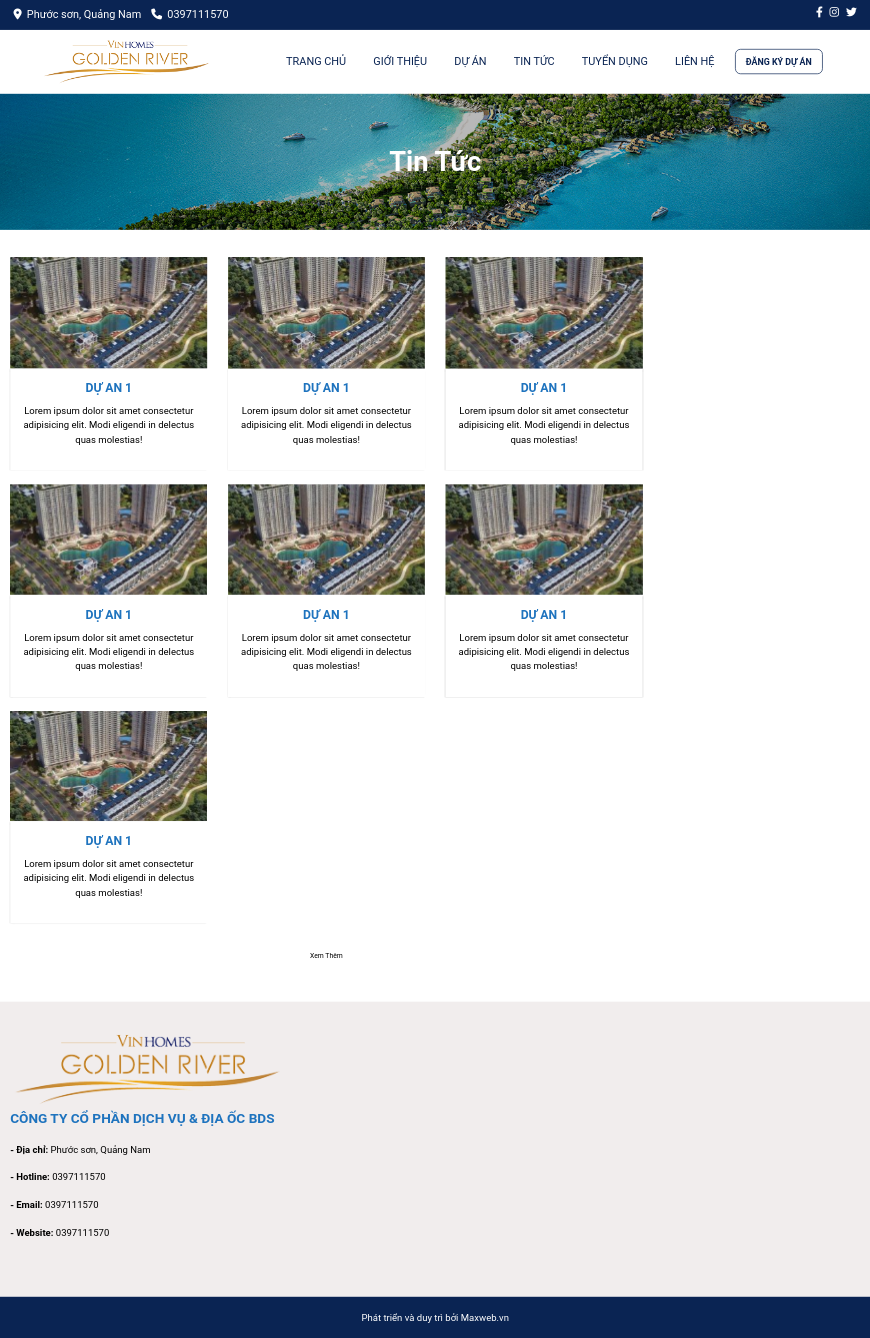
Repository: phamphuc2/fontend-bds
Page: category.html
An editor plug-in stored every save of this project. The page is shown before and after the next save, followed by the edit.
The browser window is 1280 px wide. The pictures show the whole page, at 68% of full size.
Pictures or frames that could not be fetched are drawn as grey boxes. Some web libraries are served in a nearby version.

Above is the page before, as saved 2022-06-23 16:28:58.

After the next save:
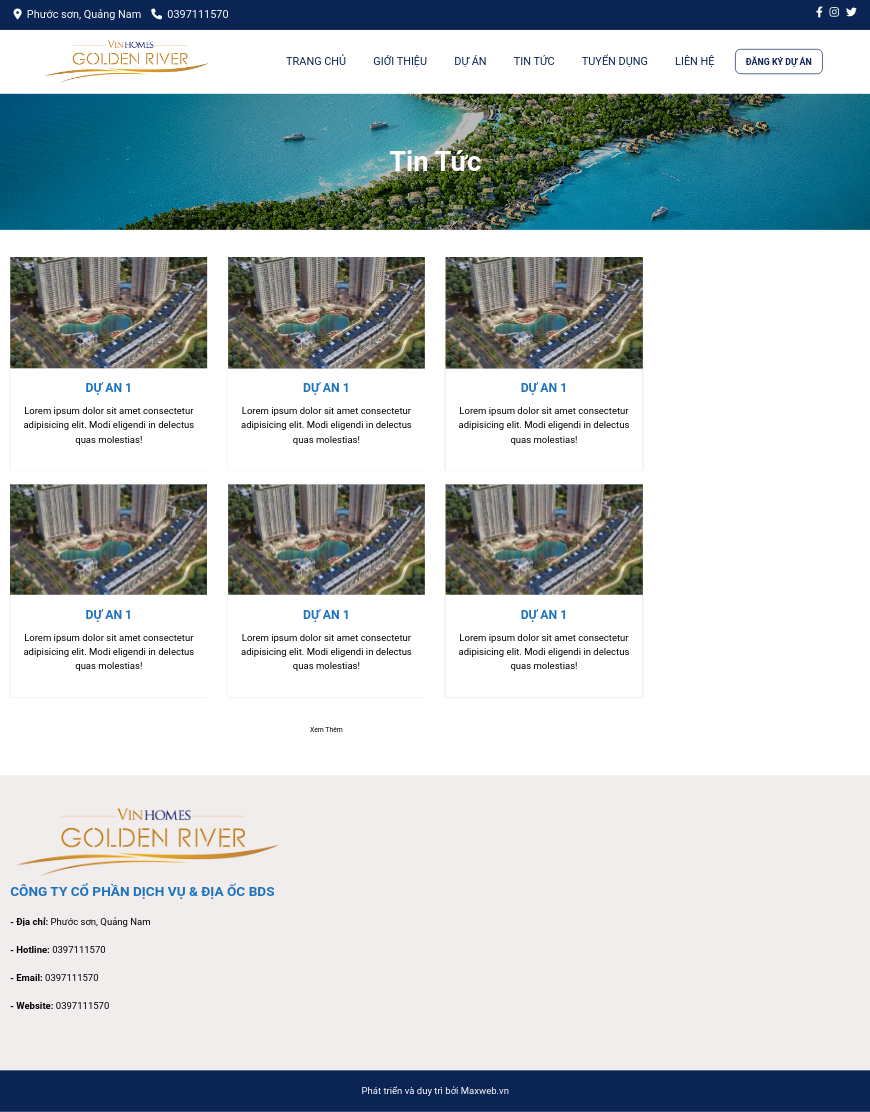
Saved 4 s later.
--- a/category.html
+++ b/category.html
@@ -271,17 +271,7 @@
                                 </div>
                             </a>
                         </div>
-                        <div class="col-lg-4">
-                            <a href="" class="box-item">
-                                <div class="img-wrap">
-                                    <img src="./assets/images/project1.jpg" alt="">
-                                </div>
-                                <div class="content">
-                                    <h2 class="title">DỰ AN 1</h2>
-                                    <p class="desc">Lorem ipsum dolor sit amet consectetur adipisicing elit. Modi eligendi in delectus quas molestias!</p>
-                                </div>
-                            </a>
-                        </div>
+
 
                         <div class="col-12">
                           <div class="btn-load-more">
